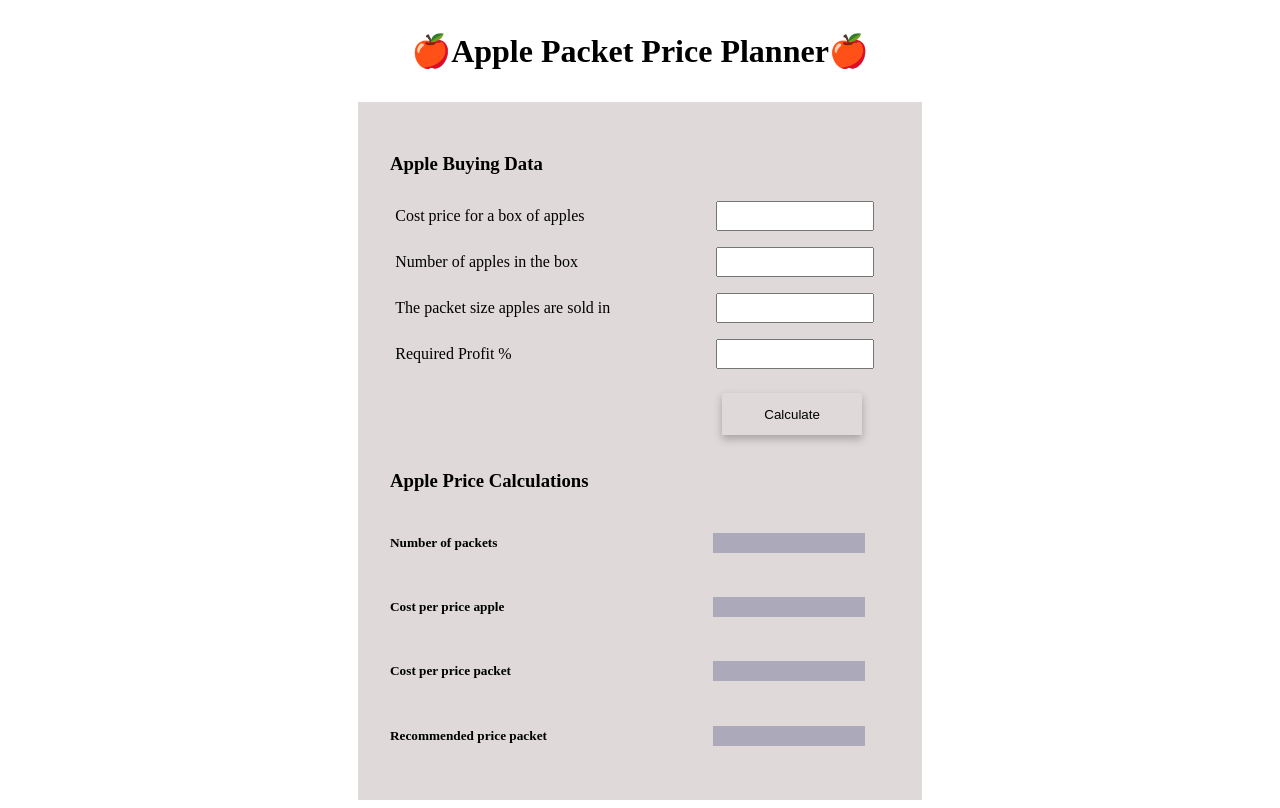
Repository: lasity34/apple-packet-price-planner
Page: index.html
An editor plug-in stored every save of this project. The page is shown before and after the next save, followed by the edit.
The browser window is 1280 px wide. The pictures show the whole page.

Above is the page before, as saved 2023-05-29 14:25:06.

After the next save:
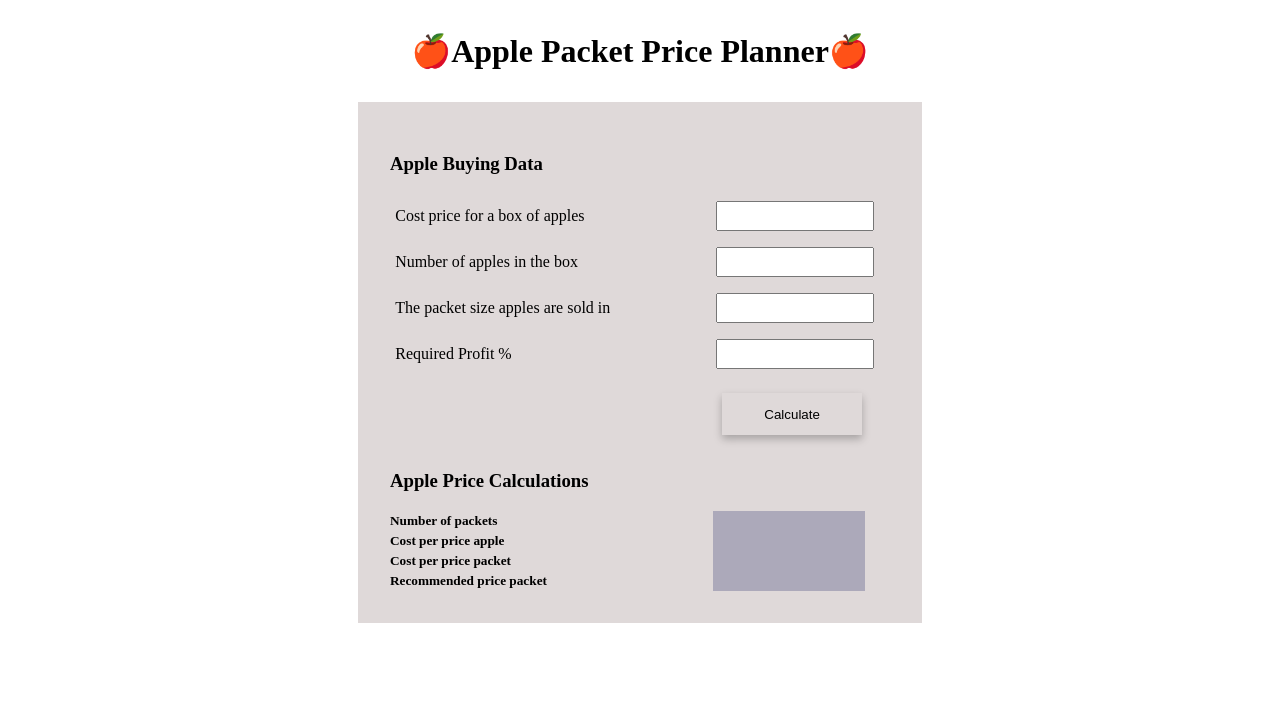
Saved 84 s later.
--- a/style.css
+++ b/style.css
@@ -56,6 +56,10 @@ main {
     width: 95%;
 }
 
+.data_container h5 {
+    margin: 0;
+}
+
 .data_container h5:nth-of-type(1) {
     align-self: center;
     margin: 0;
